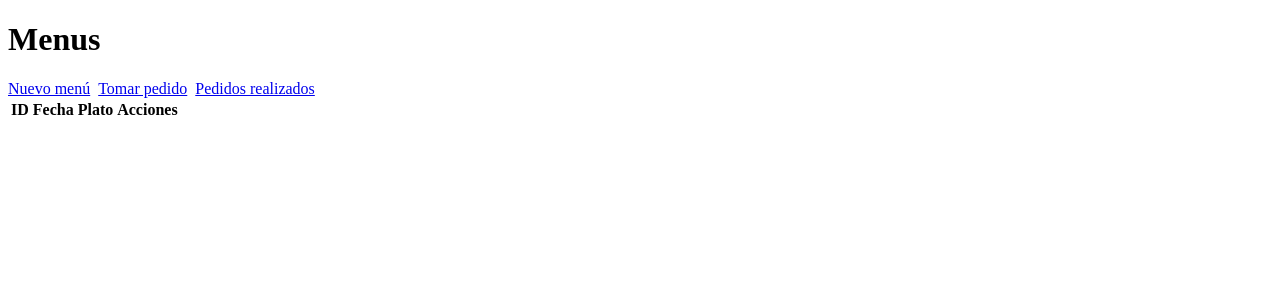
Repository: luisfelipeguevaraa/pedido-comida
Page: /
These files come from the project's save history. The page is drawn as it stood at one moment and after the next save; the edit follows.
The browser window is 1280 px wide. The pictures show the whole page.
The page's requests for data from a server got no answer. The project was rebuilt for these pictures with package versions that can differ from the ones it lists, and the page was loaded fresh each time. The framework's server and built-in components were replaced by stand-ins that run in the browser. No one was signed in, and anything a server would have sent is missing.

Above is the page before, as saved 2026-06-12 08:57:19.

After the next save:
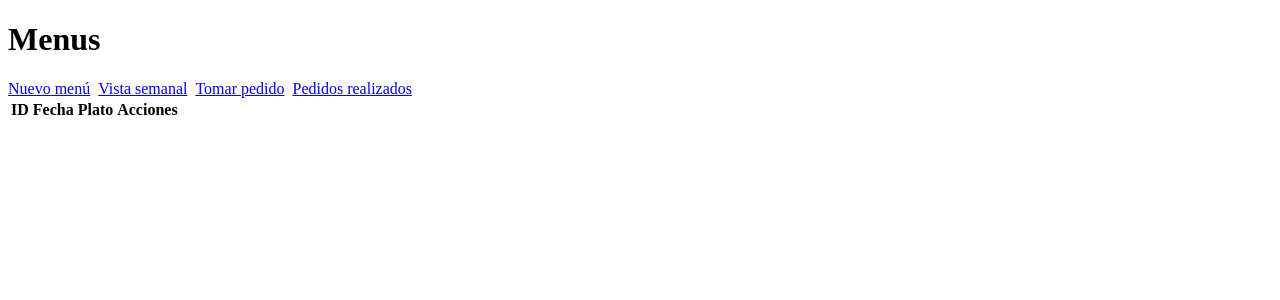
Saved 3 min 11 s later.
--- a/pages/index.tsx
+++ b/pages/index.tsx
@@ -36,6 +36,7 @@ export default function Home() {
       <h1>Menus</h1>
       <div style={{ display: 'flex', gap: 8, flexWrap: 'wrap' }}>
         <Link href="/menus/new" className="btn">Nuevo menú</Link>
+        <Link href="/menus/weekly" className="btn">Vista semanal</Link>
         <Link href="/orders/new" className="btn">Tomar pedido</Link>
         <Link href="/orders" className="btn">Pedidos realizados</Link>
       </div>
